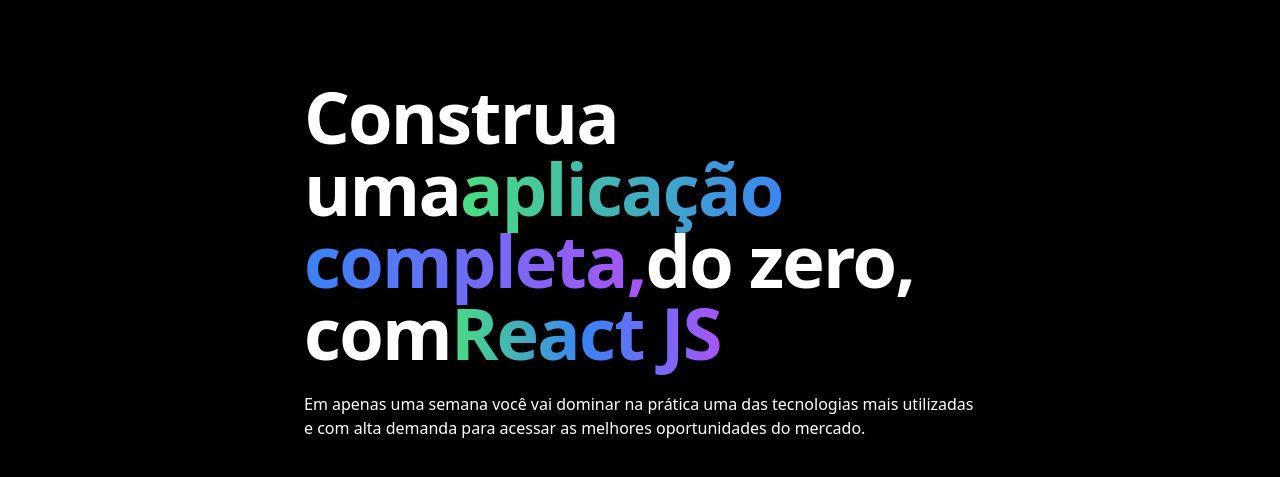
Repository: LuisSempre/Ignite-Lab---ReactJs-2022
Page: /
An editor plug-in stored every save of this project. The page is shown before and after the next save, followed by the edit.
The browser window is 1280 px wide. The pictures show the whole page.
The project was rebuilt for these pictures with package versions that can differ from the ones it lists, and the page was loaded fresh each time. Also part of the build but not shown: vite.config.ts, components/Header.tsx, components/Lesson.tsx, components/Sidebar.tsx, pages/Event.tsx. Imported but missing from the stored project, and not drawn on this page: components/Video.

Above is the page before, as saved 2022-06-24 23:32:53.

### index.html
<!DOCTYPE html>
<html lang="en">
  <head>
    <meta charset="UTF-8" />
    <link rel="icon" type="image/svg+xml" href="/src/icon.png" />
    <meta name="viewport" content="width=device-width, initial-scale=1.0" />
    <title>Vite App</title>
  </head>
  <body>
    <div id="root"></div>
    <script type="module" src="/src/main.tsx"></script>
  </body>
</html>

### src/main.tsx
import React from 'react'
import ReactDOM from 'react-dom/client'
import App from './App'
import './index.css'

ReactDOM.createRoot(document.getElementById('root')!).render(
  <React.StrictMode>
      <App />
  </React.StrictMode>
)

### src/App.tsx
import { ApolloProvider, gql, useQuery } from "@apollo/client"
import { Router } from "../Router"
import { client } from '../lib/apollo'
import { BrowserRouter } from "react-router-dom"

function App() {
  return (
    <ApolloProvider client={client}>
      <BrowserRouter>
        <Router />
      </BrowserRouter>
    </ApolloProvider>
  )
}

export default App

### Router.tsx
import { Route, Routes } from "react-router-dom";
import { Event } from './pages/Event'
import { Subscribe } from './pages/Subscribe'
export function Router() {
    return(
      <Routes>
           <Route path="/" element={<Subscribe />}/>
           <Route path="/event" element={<Event />}/>
           <Route path="/event/lesson/:slug" element={<Event />}/>
      </Routes>
    )
}

### lib/apollo.ts
import { ApolloClient, InMemoryCache } from "@apollo/client";

export const client = new ApolloClient({
  uri: 'https://api-sa-east-1.graphcms.com/v2/cl4n4k5w68h3x01yra00r5rzf/master',
  cache: new InMemoryCache(),
})

### pages/Subscribe.tsx
export function Subscribe() {

    return (
        <div className='flex flex-col items-center min-h-screen'>
            <div className="flex items-center justify-between max-w-6xl mx-auto mt-20">
                <div className="max-w-2xl">
                    <h1 className="mb-6 text-xl font-extrabold leading-none tracking-normal md:text-7xl md:tracking-tight">
                        Construa uma
                        <span className="block w-full text-transparent bg-clip-text bg-gradient-to-r from-green-400 via-blue-500 to-purple-500 lg:inline">
                            aplicação completa,
                        </span>
                        do zero, com
                        <span className="block w-full text-transparent bg-clip-text bg-gradient-to-r from-green-400 via-blue-500 to-purple-500 lg:inline">
                            React JS
                        </span>
                    </h1>
                    <p>
                        Em apenas uma semana você vai dominar na prática uma das tecnologias mais utilizadas e com alta demanda para acessar as melhores oportunidades do mercado.
                    </p>
                </div>
            </div>
        </div>
    )
}

Loaded but not shown: src/index.css (common file); tailwind.config.js (common file)

After the next save:
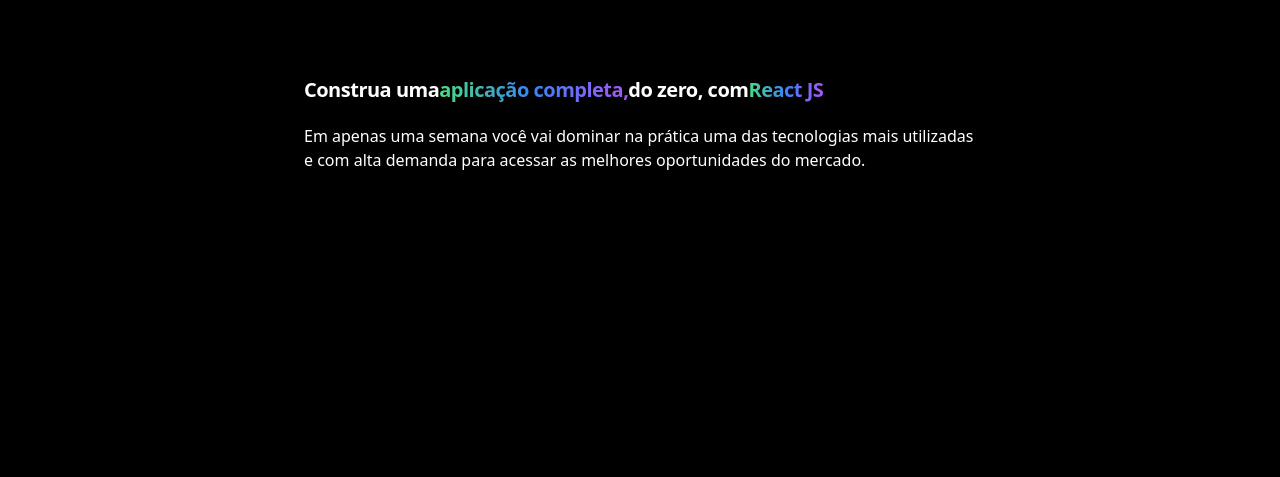
Saved 17 s later.
--- a/pages/Subscribe.tsx
+++ b/pages/Subscribe.tsx
@@ -4,7 +4,7 @@
         <div className='flex flex-col items-center min-h-screen'>
             <div className="flex items-center justify-between max-w-6xl mx-auto mt-20">
                 <div className="max-w-2xl">
-                    <h1 className="mb-6 text-xl font-extrabold leading-none tracking-normal md:text-7xl md:tracking-tight">
+                    <h1 className="mb-6 text-xl font-extrabold leading-none tracking-normal md:tracking-tight">
                         Construa uma
                         <span className="block w-full text-transparent bg-clip-text bg-gradient-to-r from-green-400 via-blue-500 to-purple-500 lg:inline">
                             aplicação completa,
